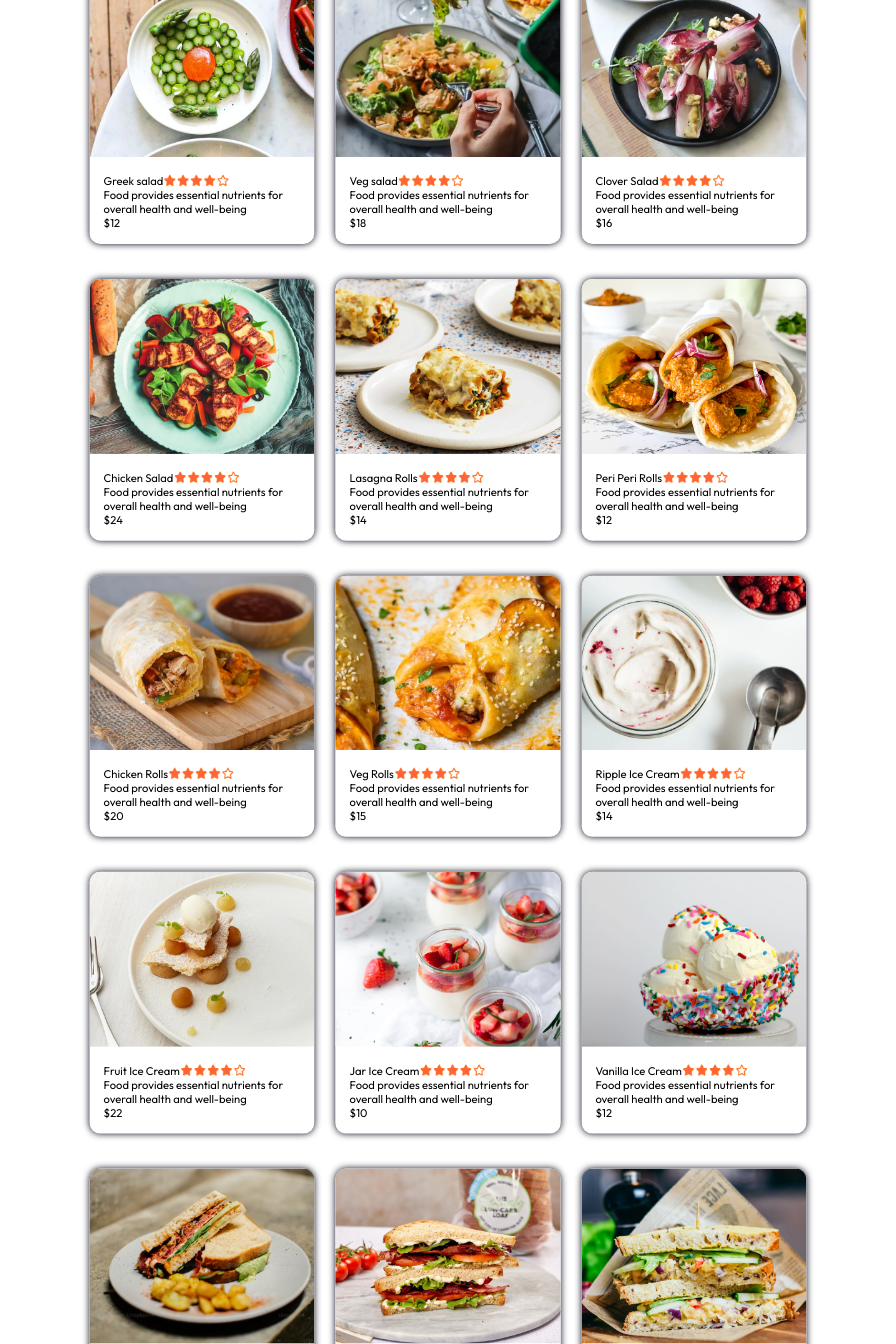
Repository: guilhermecardoso93/tomato-front-end
Page: /
An editor plug-in stored every save of this project. The page is shown before and after the next save, followed by the edit.
The browser window is 1280 px wide. The pictures show the part of the page from y = 1018 to 2938 px (the page is 5606 px tall), at 70% of full size.
The project was rebuilt for these pictures with package versions that can differ from the ones it lists, and the page was loaded fresh each time. Also part of the build but not shown: vite.config.js, src/pages/Cart/styles.css, src/pages/Cart/index.jsx, src/pages/PlaceOrder/styles.css, src/pages/PlaceOrder/index.jsx.

Above is the page before, as saved 2024-10-30 19:35:28.

After the next save:
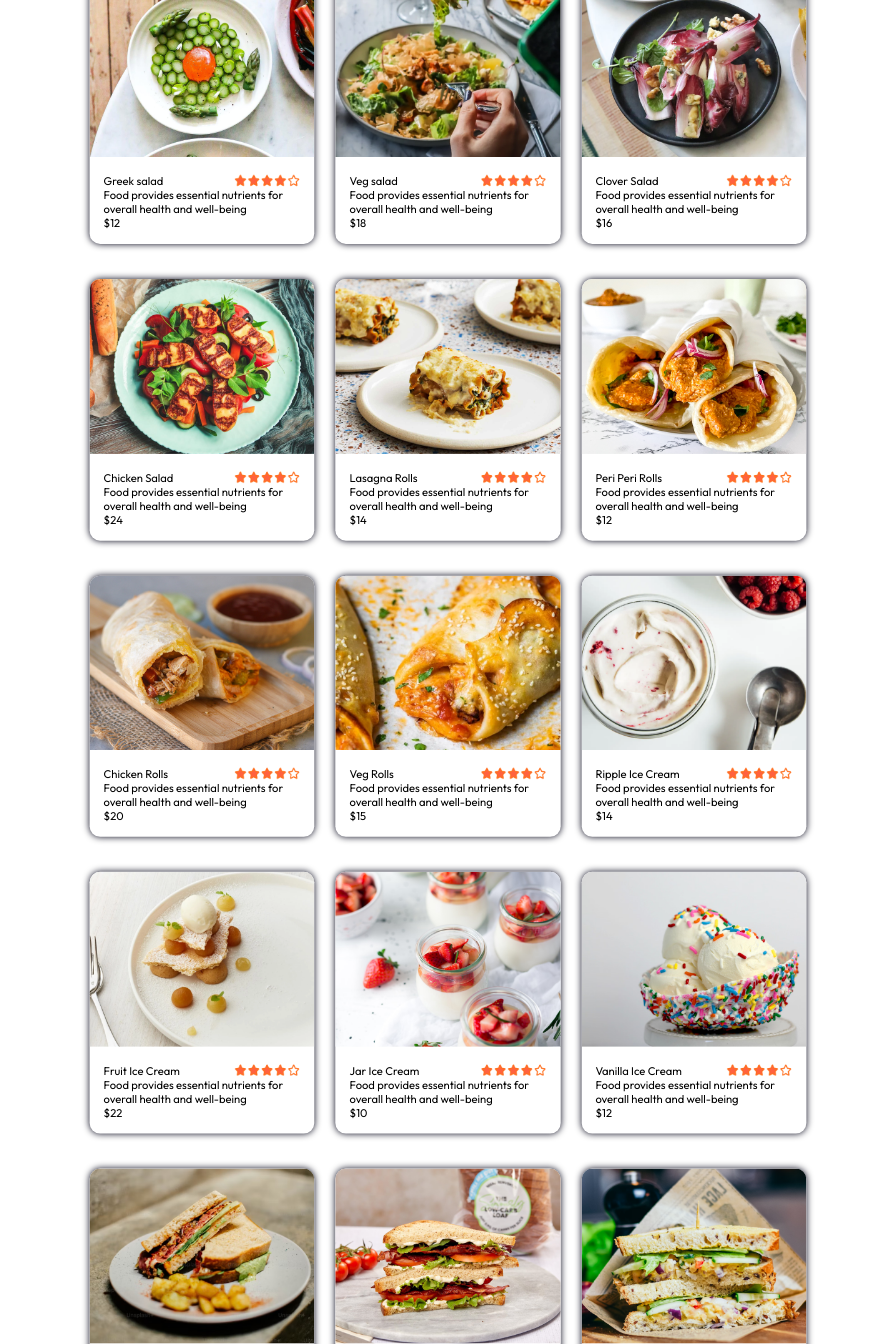
Saved 7 s later.
--- a/src/components/FoodItem/styles.css
+++ b/src/components/FoodItem/styles.css
@@ -17,5 +17,5 @@
 }
 
 .food-item-name-rating {
-  display: flex;
+  display: flex;justify-content: space-between;
 }
